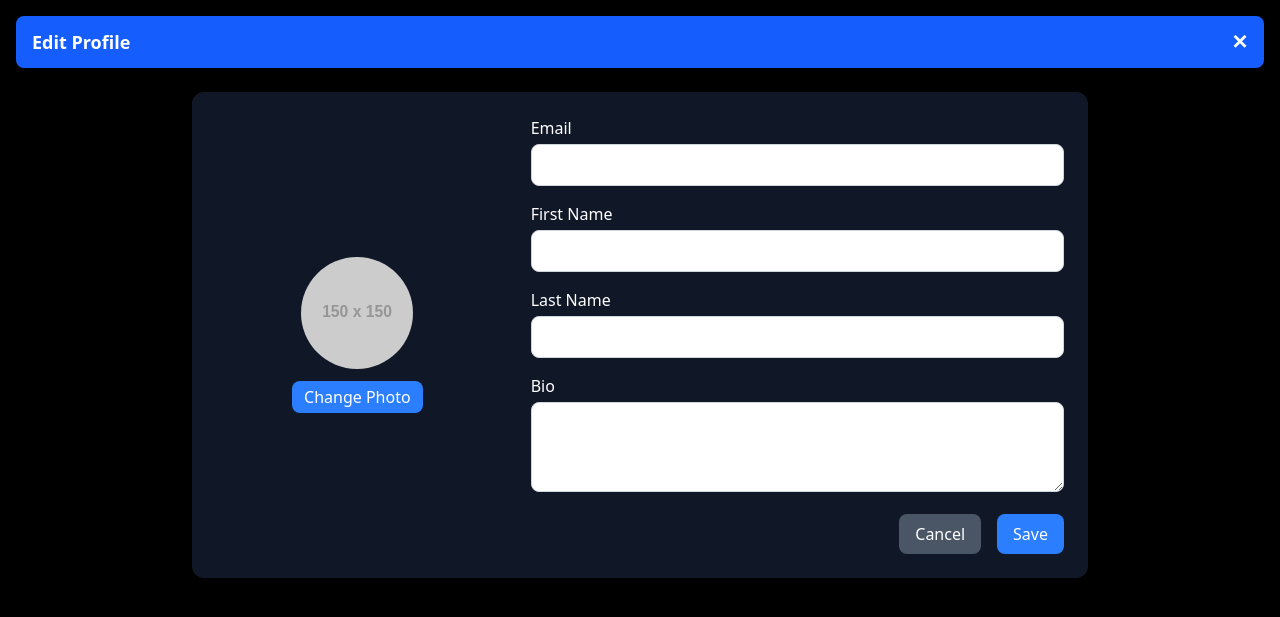
Repository: Tushal27/LinkdPlus-Frontend
Page: /Edit-Profile
An editor plug-in stored every save of this project. The page is shown before and after the next save, followed by the edit.
The browser window is 1280 px wide. The pictures show the whole page.
The page's requests for data from a server got no answer. The project was rebuilt for these pictures with package versions that can differ from the ones it lists, and the page was loaded fresh each time. No one was signed in, and anything a server would have sent is missing. Also part of the build but not shown: vite.config.js, src/pages/Login.jsx, src/pages/Register.jsx, src/pages/HomePage.jsx, src/pages/Profile.jsx, src/components/CommentsDrawer.jsx, src/pages/Posts.jsx. Imported but missing from the stored project, and not drawn on this page: src/components/PostCard, src/pages/Layout.

Above is the page before, as saved 2025-08-04 01:33:46.

### src/main.jsx
import { createRoot } from 'react-dom/client'
import AuthProvider from './context/AuthContext.jsx'
import { BrowserRouter } from'react-router-dom'
import './index.css'
import App from './App.jsx'

createRoot(document.getElementById('root')).render(
    <BrowserRouter>
      <AuthProvider>
        <App />
      </AuthProvider>
    </BrowserRouter>
)

### src/context/AuthContext.jsx
import { useState } from "react";
import { AuthContext } from "./authcontext";
import axios from '../api/axios';

export default function AuthProvider({ children }) {
    const [user , setUser] = useState(null);

    const Login = async (email, password) => {
        try{
            const res = await axios.post('/login/', { email, password });
            if (res.data?.access) {
                localStorage.setItem('access', res.data.access);
                localStorage.setItem('refresh', res.data.refresh);
                setUser({email});
                return true;
            }
            else {
                return false;
            }
        } catch (err) {
            console.log(err);
        }
};

   const Register = async (email, password , re_password , first_name, last_name) => {
       try{
           await axios.post('/register/', { email, password , re_password , first_name , last_name });
           return 'success';
       }
       catch (error)
        {
           return error;
       }
   }

   const Logout = () => {
       localStorage.removeItem('access');
       localStorage.removeItem('refresh');
       setUser(null);
   }
   return (
       <AuthContext.Provider value={{user, Login, Register, Logout }}>
           {children}
       </AuthContext.Provider>
   );
}

### src/index.css
@import  "tailwindcss";

.bg-gradient{
   @apply bg-gradient-to-r from-blue-500 via-purple-500 to-pink-500;
}
.input-box{
    @apply w-full p-2 border mb-3 rounded;
}
.flex-center{
    @apply flex justify-center items-center;
}
.button-main{
    @apply text-white rounded-md ring text-2xl px-2 mx-2 focus:ring-blue-500;
}
.h1-main{
    @apply text-2xl sm:text-4xl  md:text-5xl lg:text-7xl
}

### src/App.jsx
import { Routes,Route } from "react-router-dom";
import Login from "./pages/Login";
import Register from "./pages/Register";
import HomePage from "./pages/HomePage";
import Profile from "./pages/Profile";
import Posts from "./pages/Posts";
import EditProfile from "./pages/EditProfile";
export default function App() {
  return (
      <Routes>
        <Route path="/" element={ <HomePage />}/>
        <Route path="/login" element={<Login/>} />
        <Route path="/Register" element={<Register/>} />
        <Route path="/Posts" element={<Posts/>} />
        <Route path="/Profile" element={<Profile/>} />
        <Route path="/Edit-Profile" element={<EditProfile/>} />

      </Routes>
  );
}

### src/context/authcontext.js
import { createContext } from "react";
export const AuthContext = createContext();

export default AuthContext;

### src/api/axios.js
import axios from "axios";

const api = axios.create({
    baseURL: 'http://127.0.0.1:8000/api',
});

axios.interceptors.response.use(
    (config) =>{
        const token = localStorage.getItem('token');
        if (token) {
            config.headers.Authorization = `Bearer ${token}`;
        }
        return config;
    });

export default api;

### src/pages/EditProfile.jsx
import React, { useEffect, useState } from "react";
import api from "../api/axios";
import { useNavigate } from "react-router-dom";

const EditProfile = () => {
  const navigate = useNavigate();
  const [form, setForm] = useState({
    first_name: "",
    last_name: "",
    bio: "",
    email: "",
  });
  const [avatar, setAvatar] = useState(null);
  const [currentAvatar, setCurrentAvatar] = useState(null);
  const [loading, setLoading] = useState(false);

  useEffect(() => {
    const fetchProfile = async () => {
      try {
        const res = await api.get("/profile/");
        setForm({
          first_name: res.data.first_name || "",
          last_name: res.data.last_name || "",
          bio: res.data.bio || "",
          email: res.data.email || "",
        });
        setCurrentAvatar(res.data.avatar);
      } catch (err) {
        console.error("Error fetching profile:", err);
      }
    };
    fetchProfile();
  }, []);

  const handleChange = (e) => {
    setForm({ ...form, [e.target.name]: e.target.value });
  };

  const handleAvatarChange = (e) => {
    setAvatar(e.target.files[0]);
  };

  const handleSave = async () => {
    setLoading(true);
    const formData = new FormData();
    formData.append("first_name", form.first_name);
    formData.append("last_name", form.last_name);
    formData.append("bio", form.bio);
    formData.append("email", form.email);
    if (avatar) formData.append("avatar", avatar);

    try {
      const res = await api.patch("/profile/", formData, {
        headers: { "Content-Type": "multipart/form-data" },
      });

      if (res.status === 200) {
        navigate("/profile"); // ✅ Redirect only on success
      }
    } catch (err) {
      console.error("Profile update failed:", err);
      alert("Failed to update profile. Please try again.");
    } finally {
      setLoading(false);
    }
  };

  return (
    <div className="min-h-screen bg-black text-white p-4">
      {/* Navbar */}
      <div className="flex justify-between items-center bg-blue-600 px-4 py-3 rounded-lg mb-6">
        <h2 className="text-lg font-bold">Edit Profile</h2>
        <button
          onClick={() => navigate("/profile")}
          className="text-xl font-bold"
        >
          ✕
        </button>
      </div>

      <div className="max-w-4xl mx-auto bg-gray-900 p-6 rounded-xl shadow-lg flex flex-col lg:justify-center lg:items-center md:flex-row gap-8">
        {/* Avatar Section */}
        <div className="flex flex-col items-center md:w-1/3">
          <img
            src={
              currentAvatar
                ? `http://127.0.0.1:8000${currentAvatar}`
                : "https://via.placeholder.com/150"
            }
            alt="Avatar"
            className="w-28 h-28 rounded-full object-cover mb-3"
          />
          <label className="bg-blue-500 px-3 py-1 rounded-lg cursor-pointer">
            Change Photo
            <input
              type="file"
              onChange={handleAvatarChange}
              className="hidden"
            />
          </label>
        </div>

        {/* Form Section */}
        <div className="flex-1 space-y-4">
          <div>
            <label className="block mb-1">Email</label>
            <input
                type="email"
                name="email"
                value={form.email}
                onChange={handleChange}
                className="w-full p-2 rounded-lg bg-white text-black border border-gray-300 focus:border-blue-400 focus:ring-2 focus:ring-blue-300 outline-none"
            />
          </div>
          <div>
            <label className="block mb-1">First Name</label>
            <input
              type="text"
              name="first_name"
              value={form.first_name}
              onChange={handleChange}
                className="w-full p-2 rounded-lg bg-white text-black border border-gray-300 focus:border-blue-400 focus:ring-2 focus:ring-blue-300 outline-none"
            />
          </div>
          <div>
            <label className="block mb-1">Last Name</label>
            <input
              type="text"
              name="last_name"
              value={form.last_name}
              onChange={handleChange}
                className="w-full p-2 rounded-lg bg-white text-black border border-gray-300 focus:border-blue-400 focus:ring-2 focus:ring-blue-300 outline-none"
            />
          </div>
          <div>
            <label className="block mb-1">Bio</label>
            <textarea
              name="bio"
              value={form.bio}
              onChange={handleChange}
                className="w-full p-2 rounded-lg bg-white text-black border border-gray-300 focus:border-blue-400 focus:ring-2 focus:ring-blue-300 outline-none"
              rows="3"
            />
          </div>

          {/* Action Buttons */}
          <div className="flex justify-end gap-4 mt-4">
            <button
              onClick={() => navigate("/profile")}
              className="bg-gray-600 px-4 py-2 rounded-lg"
            >
              Cancel
            </button>
            <button
              onClick={handleSave}
              disabled={loading}
              className="bg-blue-500 px-4 py-2 rounded-lg hover:bg-blue-700"
            >
              {loading ? "Saving..." : "Save"}
            </button>
          </div>
        </div>
      </div>
    </div>
  );
};

export default EditProfile;

Loaded but not shown: index.html (common file)

After the next save:
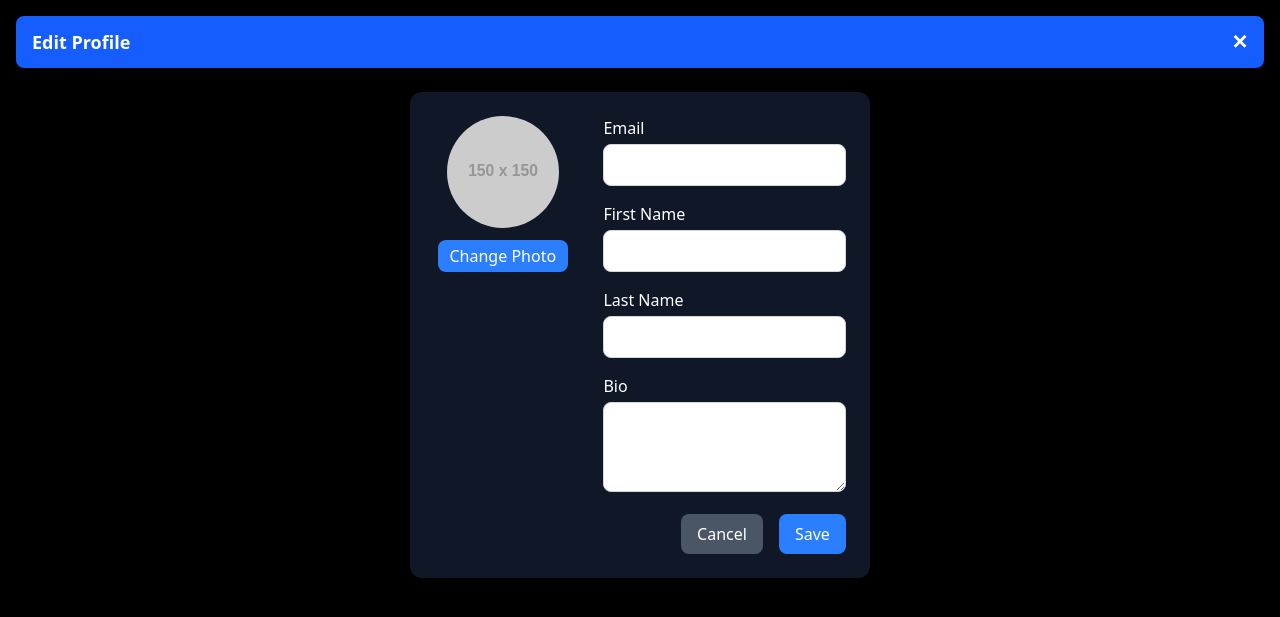
Saved 114 s later.
--- a/src/pages/EditProfile.jsx
+++ b/src/pages/EditProfile.jsx
@@ -77,8 +77,8 @@ const EditProfile = () => {
           ✕
         </button>
       </div>
-
-      <div className="max-w-4xl mx-auto bg-gray-900 p-6 rounded-xl shadow-lg flex flex-col lg:justify-center lg:items-center md:flex-row gap-8">
+      <div className="box lg:flex lg:justify-center lg:items-center">
+      <div className="max-w-4xl mx-auto bg-gray-900 p-6 rounded-xl shadow-lg flex flex-col md:flex-row gap-8">
         {/* Avatar Section */}
         <div className="flex flex-col items-center md:w-1/3">
           <img
@@ -161,6 +161,7 @@ const EditProfile = () => {
           </div>
         </div>
       </div>
+      </div>
     </div>
   );
 };
